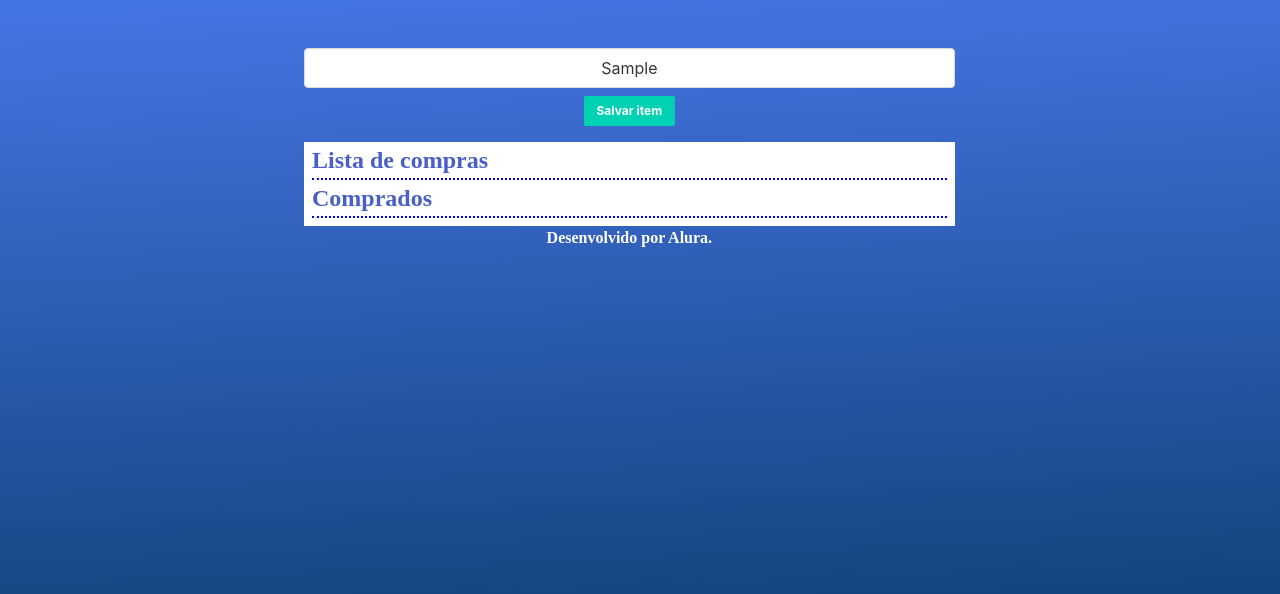
Repository: joaoPraiaJunior/js-manipulando-objetos
Page: index.html
These files come from the project's save history. The page is drawn as it stood at one moment and after the next save; the edit follows.
The browser window is 1280 px wide. The pictures show the whole page.
Empty fields were first filled with sample values (such as "Sample", 5 or name@example.com).
After loading, the first visible `#form-itens` was submitted once.
Some web fonts or font styles are not loaded; a fallback is used.

Above is the page before, as saved 2024-09-03 21:44:19.

After the next save:
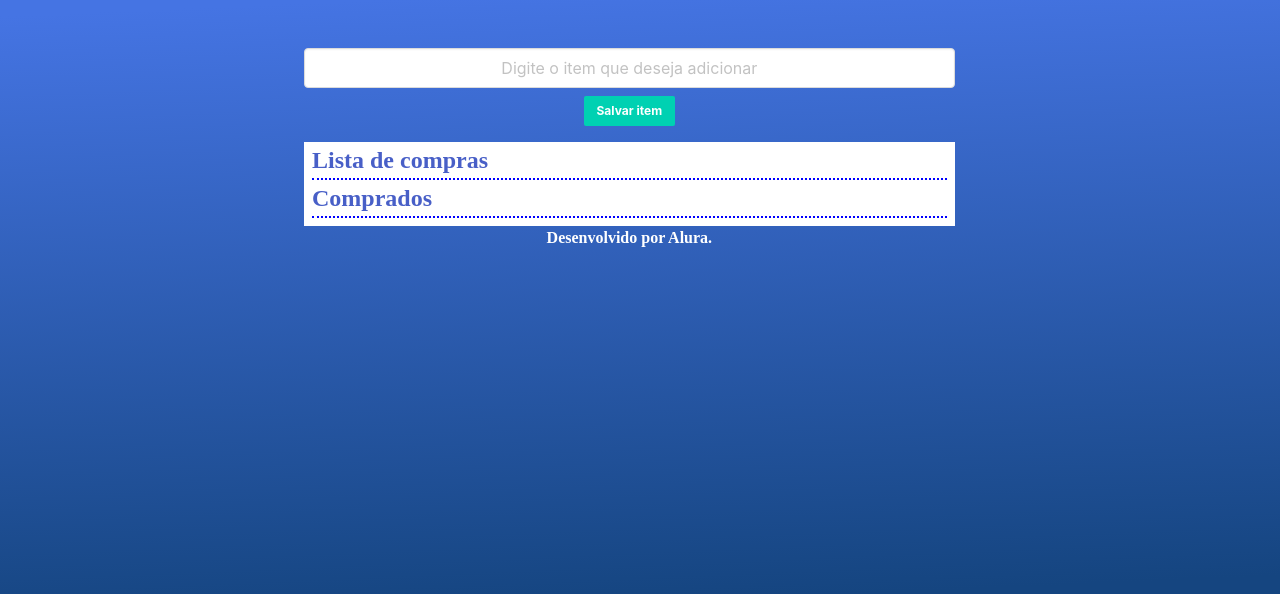
Saved 60 s later.
--- a/main.js
+++ b/main.js
@@ -18,7 +18,8 @@ function salvarDadosDoFormulario(evento) {
 
     listaDeItens.push(dados);
 
-    console.log(listaDeItens);
+    formulario.item.value = '';
+
 }
 
 formulario.addEventListener('submit', salvarDadosDoFormulario);
